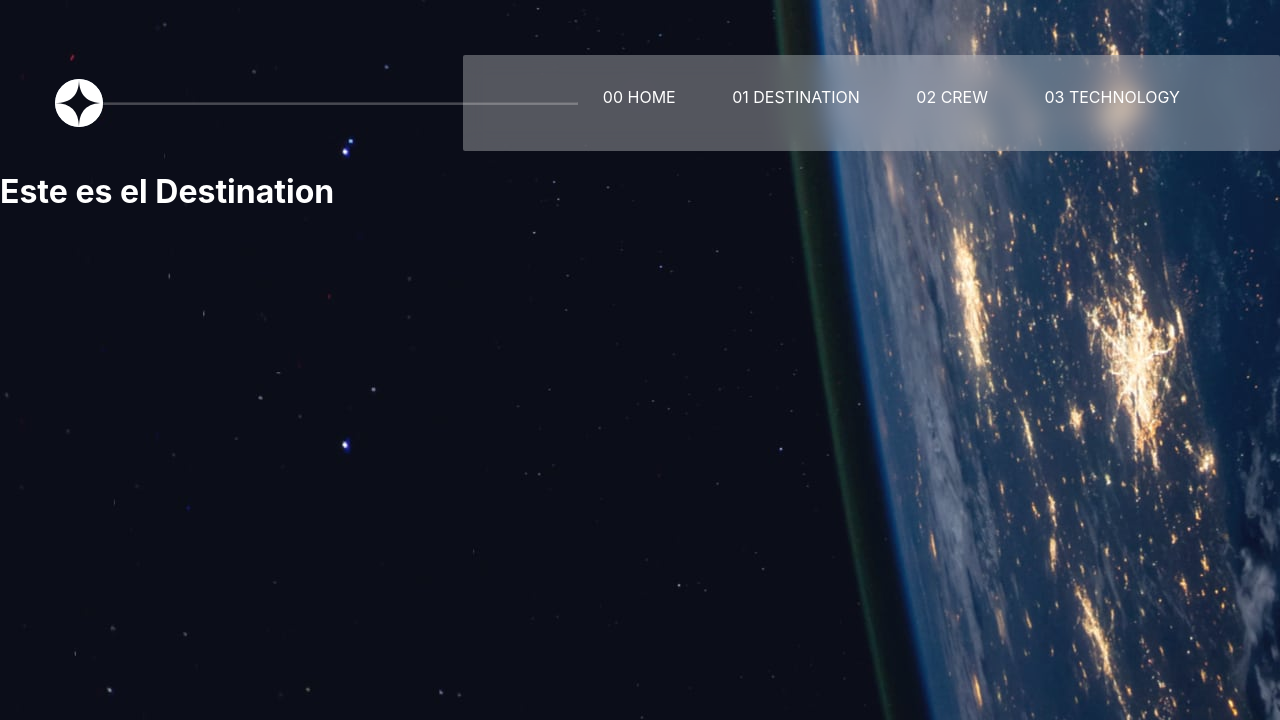
Repository: jhonenmanuel1/FrontEndMentor-MultiPageSpace
Page: /
The author's editor kept a copy of each file at every save. The page is drawn from the files as they stood at one save, then again after the next save.
The browser window is 1280 px wide. The pictures show the whole page.
The project was rebuilt for these pictures with package versions that can differ from the ones it lists, and the page was loaded fresh each time. Also part of the build but not shown: src/views/home.js.

Above is the page before, as saved 2022-06-23 21:37:01.

### src/App.js

import HeaderView from './components/header';
import Destination from './views/destination';
import HomeView from './views/home';


function App() {
  return (
    <div className="App">
      <HeaderView/>
      <Destination/>


    </div>
  );
}

export default App;

### src/components/header.js
import styles from "../styles/header.module.css"

const HeaderView = ()=>{

    return(
        <div className={styles.wraper}>
            <div className={styles.headerLogo}>
            <svg xmlns="http://www.w3.org/2000/svg" width="48" height="48"><g fill="none" fill-rule="evenodd"><circle cx="24" cy="24" r="24" fill="#FFF"/><path fill="#0B0D17" d="M24 0c0 16-8 24-24 24 15.718.114 23.718 8.114 24 24 0-16 8-24 24-24-16 0-24-8-24-24z"/></g></svg>
            </div>
            <div className={styles.headerLine}>
                <hr />
            </div>
            <div className={styles.headerMenu}>
                 <ul>
                    <li> 00 HOME</li>
                    <li> 01 DESTINATION </li>
                    <li> 02 CREW </li>
                    <li className={styles.lastList}> 03 TECHNOLOGY</li>

                </ul>
            </div>

        </div>
    )
}
export default HeaderView;

### src/views/destination.js


export default function Destination(){

    return<>
        <h1>Este es el Destination</h1>
    </>
}

### src/styles/header.module.css
.wraper {
    margin-top: 55px;
    display: flex;
    justify-content: space-between;


    background-position: center center;
    background-repeat: no-repeat;
    background-size: cover


}
.headerLogo{
    display: flex;
    justify-content: center;
    align-items: center;


}
.headerLogo svg {
    background-color: aliceblue;
    border-radius: 100%;
    height: 48px;
    width: 48px;
    margin-left: 55px;
}

.headerMenu{
    background-color: rgba(255, 255, 255, 0.3);
    border-radius: 2px;
    text-align: center;
    backdrop-filter: blur(12px);
    -webkit-backdrop-filter: blur(10px);
    width: 830px;
    height: 96px;



}

.headerMenu ul {
    display: flex;
    justify-content:  space-between;
    align-items: center;
    padding-right: 100px;
    margin-left: 100px;
    margin-top: 32px;
    color: white;


}
.headerMenu ul li {
    text-decoration: none;
    list-style: none;

}

.headerLogo{
    color: white;

}
.headerLine {
    display: flex;
    justify-content: center;
    align-items: center;
    margin-right: -9%;
    z-index: 1;

}
.headerLine hr {
    height: 1px;
    background-color: white;
    color: white;
    width: 473px;
    opacity:  25.15%;

}

### src/styles/homeview.module.css
body{
    color: white;
    background-image: url("../components/Images/home/background-home-desktop.jpg") ;
}
.containerCard{
    display: flex;
    margin-top: 257px;
    justify-content: center;
    align-items: center;
}
.spaceinfo{
    padding-right: 325px;
}
.homeSpaceTarget{
    max-width: 461.76px;
    display: flex;
    justify-content: center;
    align-items: center;
    margin: 0px;

}

.homeSpaceTargeth3 {
    font-weight: 1;
    font-size: 34px;
    margin: 0px;
}
.homeSpaceTargeth1{

    font-family: 'Bellefair';
    font-style: normal;
    font-weight: 400;
    font-size: 128px;
    line-height: 147px;
    margin: 0px;
}
.homeSpaceTargetp{
    font-size: 18px;
}
.explore{

    margin-bottom: -70px;
}

Loaded but not shown: public/index.html (common file); src/index.js (common file); src/index.css (common file); src/reportWebVitals.js (common file)

After the next save:
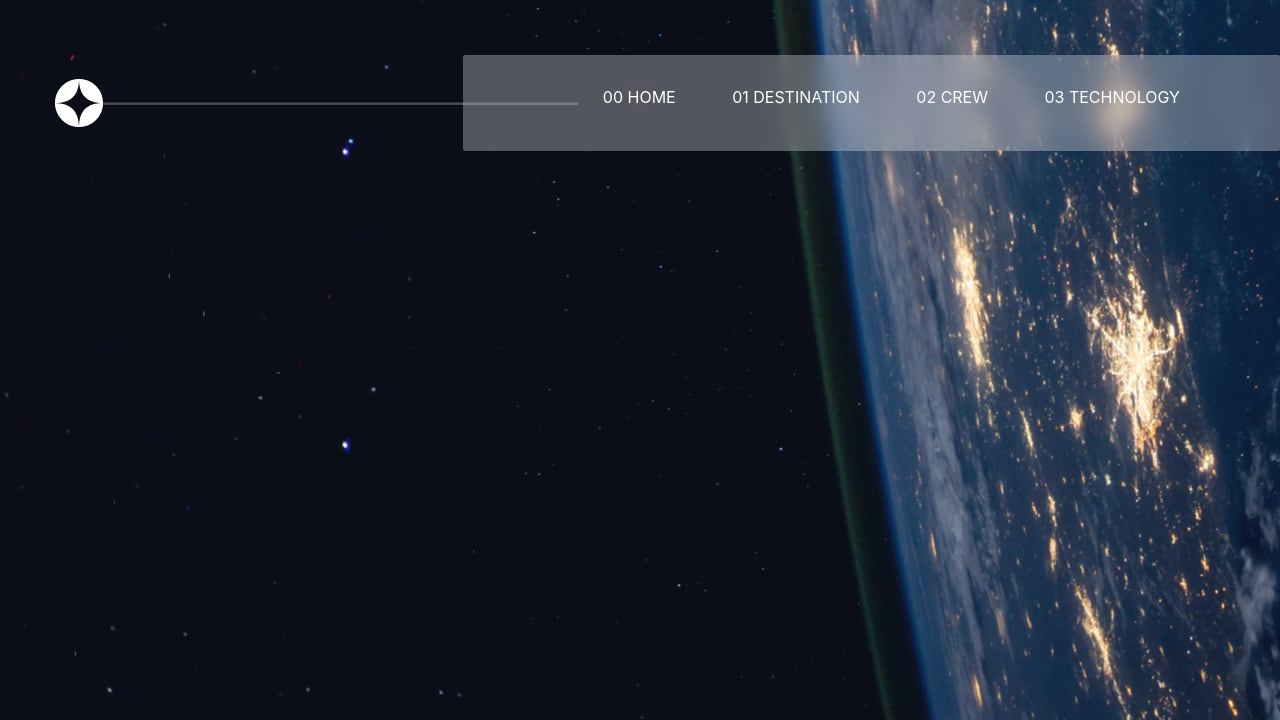
Saved 73 s later.
--- a/src/views/destination.js
+++ b/src/views/destination.js
@@ -3,6 +3,6 @@
 export default function Destination(){
 
     return<>
-        <h1>Este es el Destination</h1>
+        <div className="destinationContainer"></div>
     </>
 }
